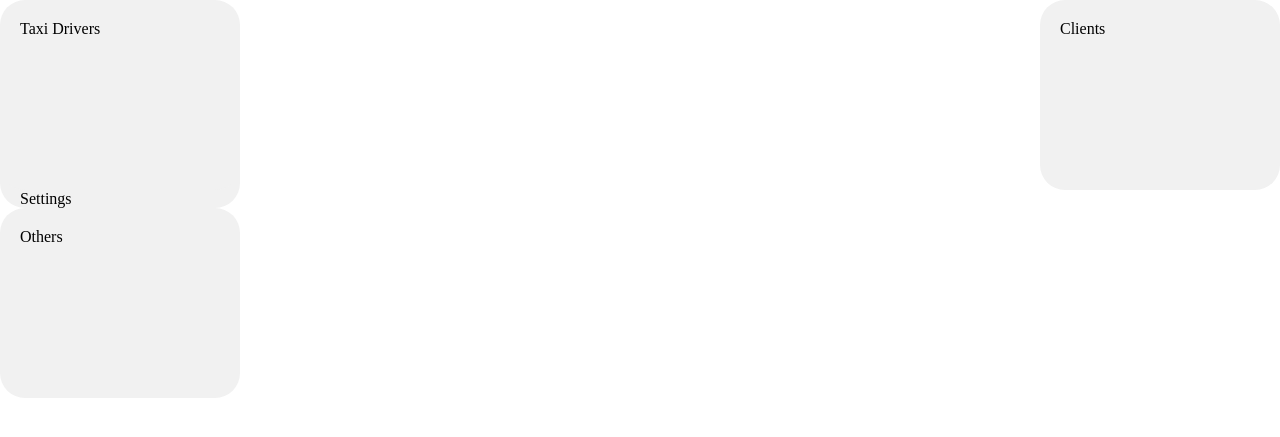
Repository: ash-the-reaper/TaxiRoot
Page: UI/WebContent/home.html
The author's editor kept a copy of each file at every save. The page is drawn from the files as they stood at one save, then again after the next save.
The browser window is 1280 px wide. The pictures show the whole page.

Above is the page before, as saved 2017-03-19 02:18:56.
Console error: ReferenceError: CONTEXT_PATH is not defined

### UI/WebContent/home.html
<!DOCTYPE html>
<html>
<head lang="en">
	<meta charset="UTF-8">
	<meta http-equiv="pragma" content="no-cache">
	<meta http-equiv="cache-control" content="no-cache">

	<script src="js/angular.min.js"></script>
	<script id="script" src="js/main.js"></script>
	<script id="script" src="js/dashboard.js"></script>


	<link rel="stylesheet" type="text/css" href="css/adminMenu.css">

	<title>Home</title>

</head>

<body ng-app="ngApp" ng-controller="ngCtrl">

	<div id ="rcorners" style="float:left;" > Taxi Drivers </div>  <div id ="rcorners" style="float:right;"> Clients </div>

	<br/>

	<div id ="rcorners"> Settings </div>  <div id ="rcorners"> Others </div>

</body>


</html>

### UI/WebContent/js/dashboard.js
var checkLogin = CONTEXT_PATH+ "account/checkLogin";

var app = angular.module("ngApp", []);
app.controller("ngCtrl", function($scope,$http,$window) {
    $scope.changeView = function (val) {
    	if(val == 'home'){
    		$window.location.href = '/home.html';
    	}

    	else if(val == 'taxi'){
    		$window.location.href = '/taxiclients.html';
    	}

    	else if(val == 'clients'){
    		$window.location.href = '/taxiclients.html';
    	}
    }
});

### UI/WebContent/CSS/adminMenu.css
/*
	https://www.w3schools.com/css/tryit.asp?filename=trycss_navbar_vertical_responsive
*/

body {margin: 0;}

ul.sidenav {
    list-style-type: none;
    margin: 0;
    padding: 0;
    width: 25%;
    background-color: #f1f1f1;
    position: fixed;
    height: 100%;
    overflow: auto;
}

ul.sidenav li a {
    display: block;
    color: #000;
    padding: 8px 16px;
    text-decoration: none;
}

ul.sidenav li a.active {
    background-color: #3498DB;
    color: white;
}

ul.sidenav li a:hover:not(.active) {
    background-color: #555;
    color: white;
}

div.content {
    margin-left: 25%;
    padding: 1px 16px;
    height: 1000px;
}

@media screen and (max-width: 1050px){
    ul.sidenav {
        width:100%;
        height:auto;
        position:relative;
    }
    ul.sidenav li a {
        float: left;
        padding: 15px;
    }
    div.content {margin-left:0;}
}

@media screen and (max-width: 400px){
    ul.sidenav li a {
        text-align: center;
        float: none;
    }
}




/*
	css for dashboard
	http://www.webdesignerdepot.com/2014/05/8-simple-css3-transitions-that-will-wow-your-users/
*/

.border:hover
{
        box-shadow: inset 0 0 0 25px #53a7ea;
}

.grow:hover
{
        -webkit-transform: scale(1.3);
        -ms-transform: scale(1.3);
        transform: scale(1.3);
}

/*
	https://www.w3schools.com/css/css3_borders.asp

*/

#rcorners {
    border-radius: 25px;
    background: #f1f1f1;
    padding: 20px;
    width: 200px;
    height: 150px;
}


#rcorners:hover
{
        box-shadow: inset 0 0 0 25px #53a7ea;
}

Loaded but not shown: UI/WebContent/js/angular.min.js (library); UI/WebContent/js/main.js (no copy from this time; the picture is the same without it)

After the next save:
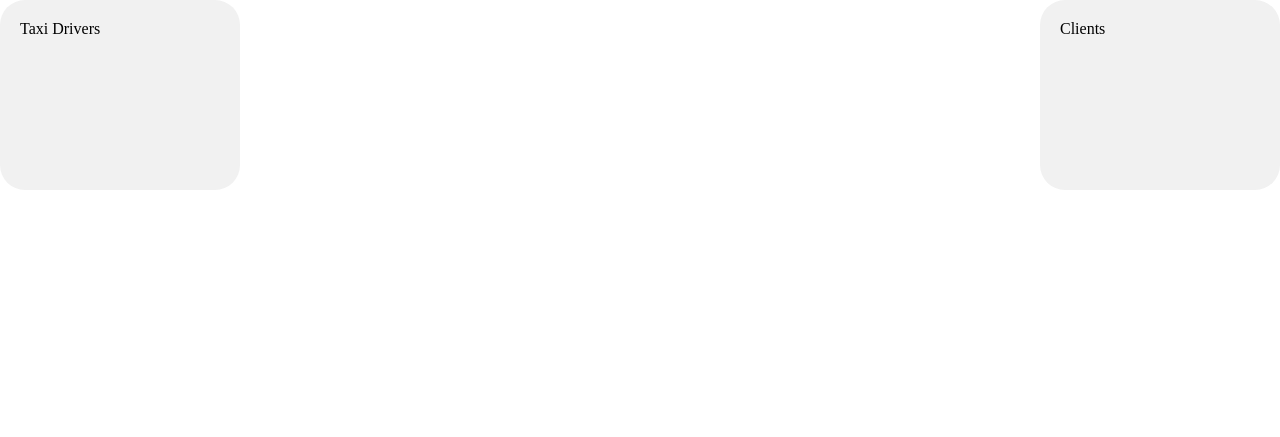
Saved 95 s later.
--- a/UI/WebContent/home.html
+++ b/UI/WebContent/home.html
@@ -20,10 +20,6 @@
 
 	<div id ="rcorners" style="float:left;" > Taxi Drivers </div>  <div id ="rcorners" style="float:right;"> Clients </div>
 
-	<br/>
-
-	<div id ="rcorners"> Settings </div>  <div id ="rcorners"> Others </div>
-
 </body>
 
 
